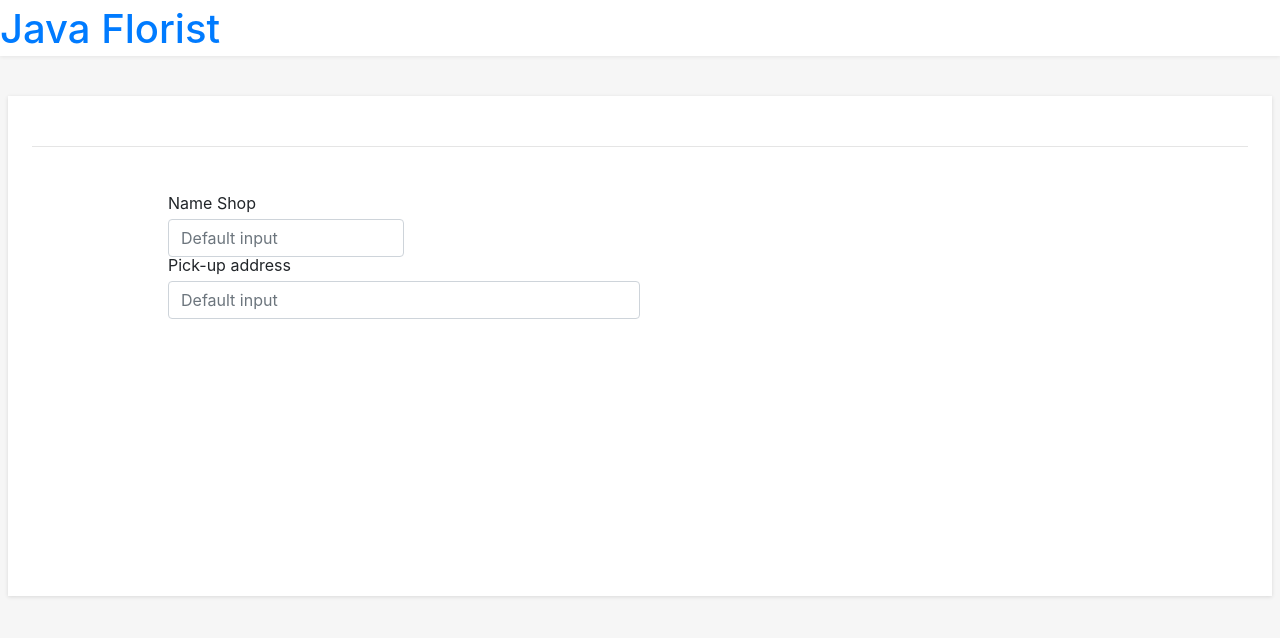
Repository: hienttm/flower-java-florist
Page: JavaFlorist/JavaFlorist/wwwroot/BecomePartner/index.html
These files come from the project's save history. The page is drawn as it stood at one moment and after the next save; the edit follows.
The browser window is 1280 px wide. The pictures show the whole page.
Some web libraries are served in a nearby version.

Above is the page before, as saved 2023-12-29 17:51:07.

### JavaFlorist/JavaFlorist/wwwroot/BecomePartner/index.html
<!DOCTYPE html>
<html lang="en">
<head>
    <meta charset="UTF-8">
    <meta name="viewport" content="width=device-width, initial-scale=1.0">
    <title>Document</title>
        <!-- Google Web Fonts -->
        <link rel="preconnect" href="https://fonts.googleapis.com">
        <link rel="preconnect" href="https://fonts.gstatic.com" crossorigin>
        <link href="https://fonts.googleapis.com/css2?family=Open+Sans:wght@400;600&family=Raleway:wght@600;800&display=swap" rel="stylesheet">

        <!-- Icon Font Stylesheet -->
        <link rel="stylesheet" href="https://use.fontawesome.com/releases/v5.15.4/css/all.css" />
        <link href="https://cdn.jsdelivr.net/npm/bootstrap-icons@1.4.1/font/bootstrap-icons.css" rel="stylesheet">

            <!-- Customized Bootstrap Stylesheet -->
            <link rel="stylesheet" href="https://cdn.jsdelivr.net/npm/bootstrap@4.0.0/dist/css/bootstrap.min.css" integrity="sha384-Gn5384xqQ1aoWXA+058RXPxPg6fy4IWvTNh0E263XmFcJlSAwiGgFAW/dAiS6JXm" crossorigin="anonymous">
        <link rel="stylesheet" href="style/Partner.css">
</head>
<body>
    <!-- Spinner Start -->
    <div class="onboarding-page">
        <div class="header">
            <a asp-action="Index" asp-controller="Home" class="navbar-brand"><h1 class="text-primary display-6"> Java Florist</h1></a>
        </div>
        <div class="onboarding">
            <div class="onboarding-layout__main">
                <div class="onboarding-layout__content onboarding-layout__card">
                    <div class="flow-step-content">
                        <div class="steps-header"></div>
                        <div class="form-input">
                            <form action="">
                                <div class="onboarding-form-item">
                                    <label class="pr-3" for="">Name Shop</label>
                                    <input class="form-control w-25" type="text" placeholder="Default input">
                                    <label class="pr-3" for="">Pick-up address</label>
                                    <input class="form-control w-50" type="text" placeholder="Default input">
                                </div>
                            </form>
                        </div>
                    </div>

                </div>
            </div>
        </div>
    </div>


        <!-- JavaScript Libraries -->
        <script src="https://ajax.googleapis.com/ajax/libs/jquery/3.6.4/jquery.min.js"></script>
        <script src="https://cdn.jsdelivr.net/npm/bootstrap@5.0.0/dist/js/bootstrap.bundle.min.js"></script>
</body>
</html>

### JavaFlorist/JavaFlorist/wwwroot/BecomePartner/style/Partner.css
*,
*:before,
*:after {
  box-sizing: border-box;
}
* {
  margin: 0;
  padding: 0;
  font: inherit;
}
img,
picture,
svg,
video {
  display: block;
  max-width: 100%;
}
input,
select,
textarea {
  background-color: transparent;
  outline: none;
}
button {
  cursor: pointer;
  background-color: transparent;
  outline: none;
  border: 0;
}
body {
  min-height: 100vh;
  font-weight: 400;
  font-size: 16px;
  line-height: 1;
}

.onboarding-page{
    padding-top: 56px;
    min-width: 1264px;
    margin: 0 auto;
}
.header{
    position: fixed;
    top: 0;
    left: 0;
    width: 100%;
    height: 56px;
    box-shadow: 0 1px 4px 0 rgba(0,0,0,.07);
    background-color: #fff;
    z-index: 100001;
}

.navbar-brand{
    color: #CDB4DB !important;
}
.onboarding {
    min-height: calc(100vh - 56px - 40px);
    padding-bottom: 40px;
    background-color: #f6f6f6;
    }

.onboarding-layout__main {
        padding-top: 40px;
}

.onboarding-layout__card {
    width: 1264px;
    margin: 0 auto;
    height: 500px;
    background-color: #fff;
    box-shadow: 0 1px 4px 0 rgba(0,0,0,.12);
    }

    .flow-step-content{
        padding: 50px 24px;
    }
    .steps-header{
        border-bottom: 1px solid #e5e5e5;
    }

    .form-input{
        max-width: 944px;
        margin: 48px auto 40px;
        min-height: 198px;
}

After the next save:
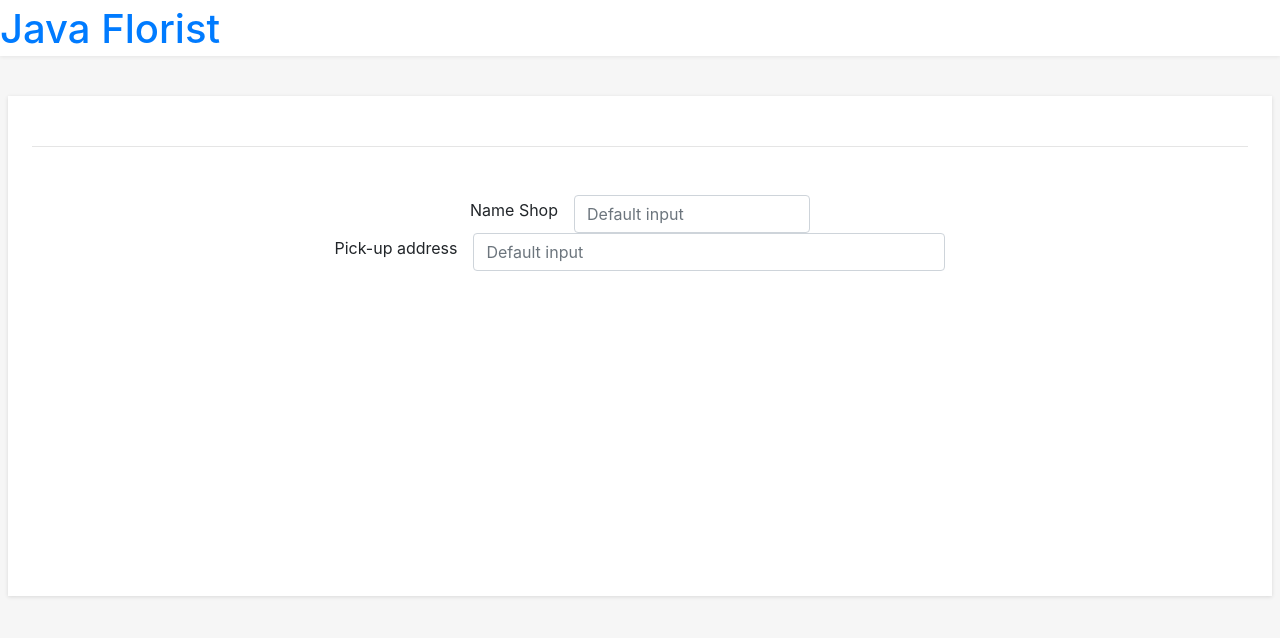
Saved 6 s later.
--- a/JavaFlorist/JavaFlorist/wwwroot/BecomePartner/index.html
+++ b/JavaFlorist/JavaFlorist/wwwroot/BecomePartner/index.html
@@ -30,9 +30,12 @@
                         <div class="steps-header"></div>
                         <div class="form-input">
                             <form action="">
-                                <div class="onboarding-form-item">
+                                <div class="onboarding-form-item d-flex align-items-center justify-content-center">
                                     <label class="pr-3" for="">Name Shop</label>
                                     <input class="form-control w-25" type="text" placeholder="Default input">
+                                </div>
+
+                                <div class="onboarding-form-item d-flex align-items-center justify-content-center">
                                     <label class="pr-3" for="">Pick-up address</label>
                                     <input class="form-control w-50" type="text" placeholder="Default input">
                                 </div>
